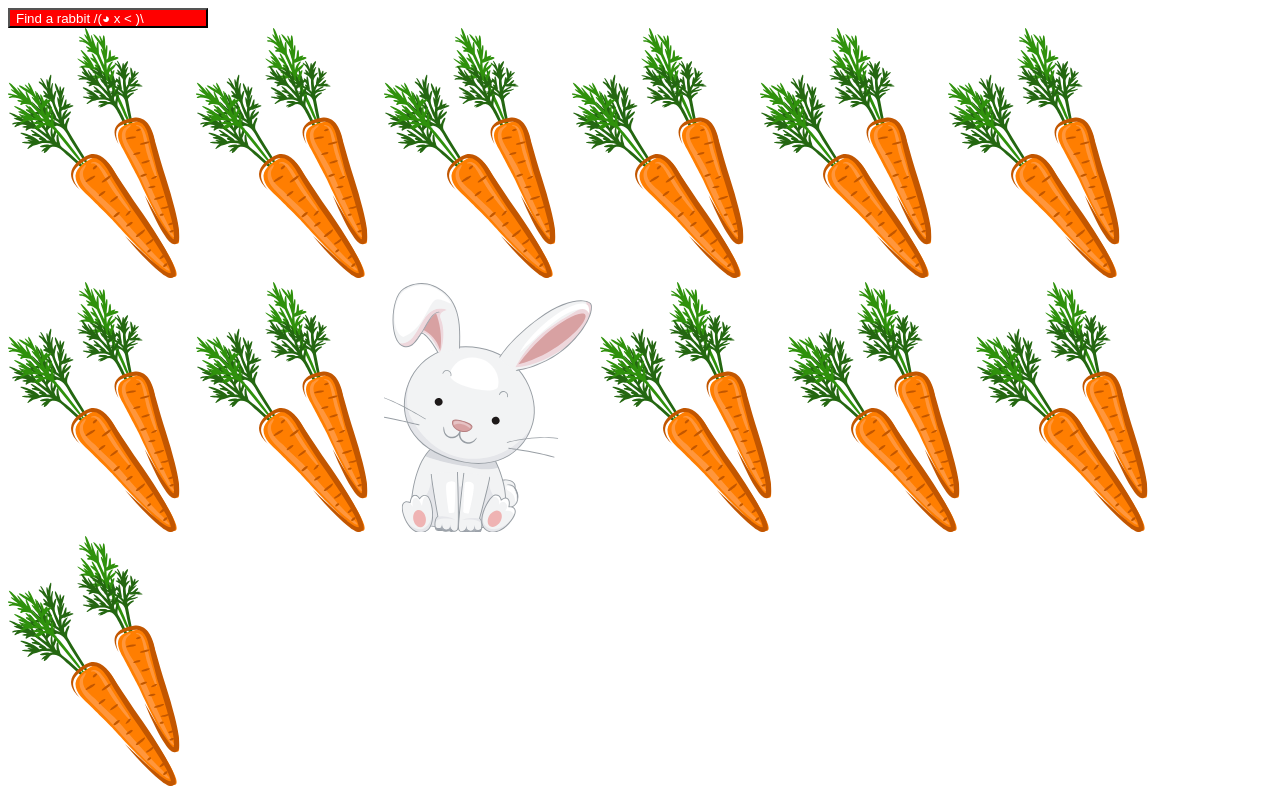
Repository: DongjaJ/Browser
Page: rabbits practice/index.html
These files come from the project's save history. The page is drawn as it stood at one moment and after the next save; the edit follows.
The browser window is 1280 px wide. The pictures show the whole page.

Above is the page before, as saved 2022-09-14 22:58:40.

After the next save:
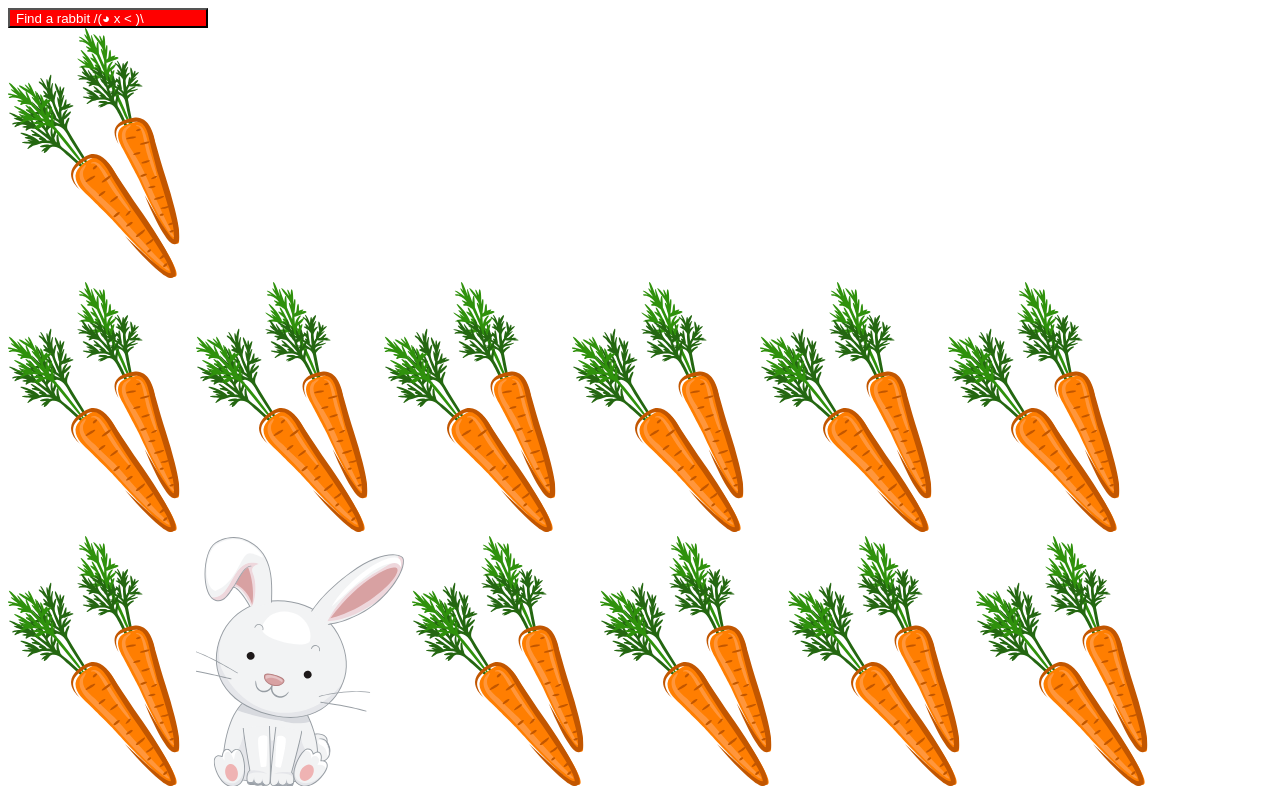
Saved 41 s later.
--- a/rabbits practice/index.html
+++ b/rabbits practice/index.html
@@ -19,7 +19,10 @@
   <body>
     <script></script>
     <button>Find a rabbit  /(◕ x < )\</button>
-    <img src="./img/carrot.png" alt="">
+    <div>
+      <img src="./img/carrot.png" alt="">
+    </div>
+
     <img src="./img/carrot.png" alt="">
     <img src="./img/carrot.png" alt="">
     <img src="./img/carrot.png" alt="">
